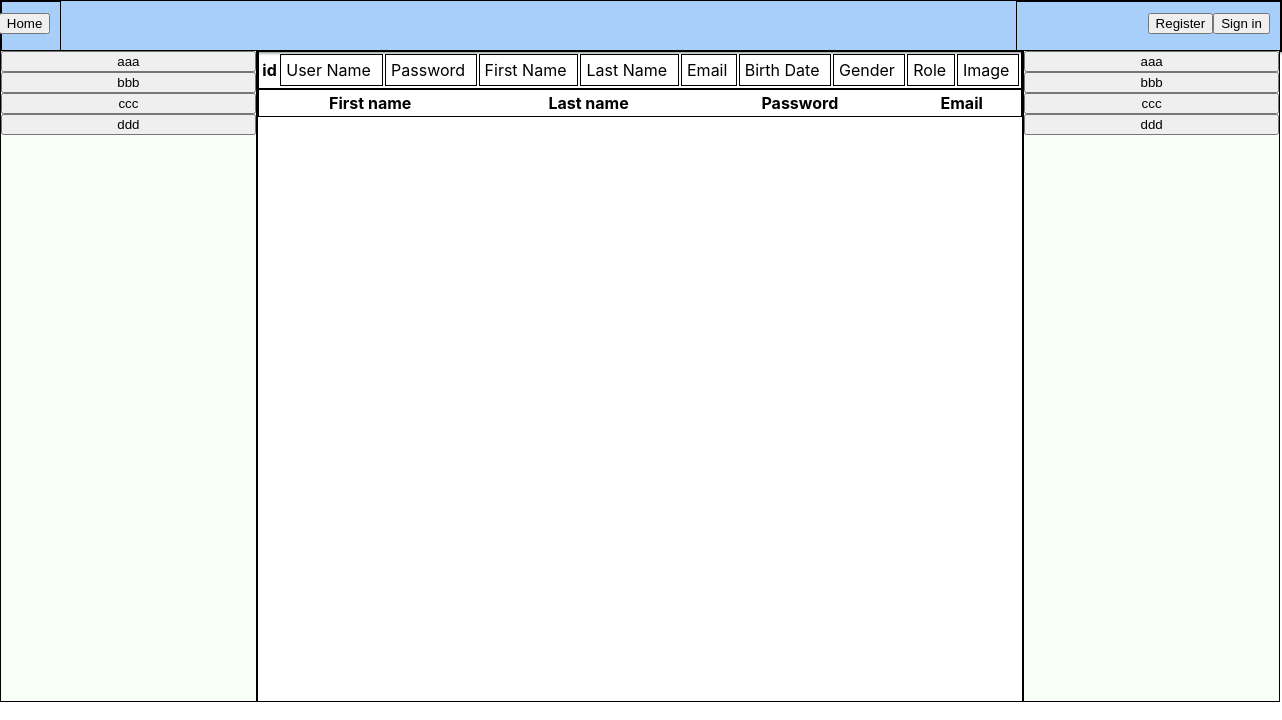
Repository: MichaelSodovski/website-client
Page: /users
An editor plug-in stored every save of this project. The page is shown before and after a run of saves, followed by the edit.
The browser window is 1280 px wide. The page is 1282 px wide, so the pictures cover 1282 px, including what lies to the right of the window. The pictures show the whole page.
The page's requests for data from a server got no answer. The project was rebuilt for these pictures with package versions that can differ from the ones it lists, and the page was loaded fresh each time. No one was signed in, and anything a server would have sent is missing. Also part of the build but not shown: src/components/home/home.component.jsx, src/components/register/register.component.css, src/components/payment-info/payment.component.css, src/components/payment-info/payment.component.js, src/components/register/register.component.jsx, src/components/signIn/signIn.component.css, src/components/signIn/signIn.component.jsx.

Above is the page before, as saved 2022-05-14 22:32:43.

### public/index.html
<!DOCTYPE html>
<html lang="en">

<head>
    <meta charset="utf-8" />
    <link rel="icon" href="%PUBLIC_URL%/favicon.ico" />
    <meta name="viewport" content="width=device-width, initial-scale=1" />
    <meta name="theme-color" content="#000000" />
    <meta name="description" content="Web site created using create-react-app" />
    <link rel="apple-touch-icon" href="%PUBLIC_URL%/logo192.png" />
    <!--
      manifest.json provides metadata used when your web app is installed on a
      user's mobile device or desktop. See https://developers.google.com/web/fundamentals/web-app-manifest/
    -->
    <link rel="manifest" href="%PUBLIC_URL%/manifest.json" />
    <!--
      Notice the use of %PUBLIC_URL% in the tags above.
      It will be replaced with the URL of the `public` folder during the build.
      Only files inside the `public` folder can be referenced from the HTML.

      Unlike "/favicon.ico" or "favicon.ico", "%PUBLIC_URL%/favicon.ico" will
      work correctly both with client-side routing and a non-root public URL.
      Learn how to configure a non-root public URL by running `npm run build`.
    -->
    <title> site </title>
</head>

<body>
    <noscript>You need to enable JavaScript to run this app.</noscript>
    <div id="root"></div>
    <!--
      This HTML file is a template.
      If you open it directly in the browser, you will see an empty page.

      You can add webfonts, meta tags, or analytics to this file.
      The build step will place the bundled scripts into the <body> tag.

      To begin the development, run `npm start` or `yarn start`.
      To create a production bundle, use `npm run build` or `yarn build`.
    -->
</body>

</html>

### src/index.js
import React from 'react';
import ReactDOM from 'react-dom';
import './index.css';
import App from './App';
import reportWebVitals from './reportWebVitals';
import { BrowserRouter } from 'react-router-dom';

ReactDOM.render(
    <BrowserRouter>
        <React.StrictMode>
            <App />
        </React.StrictMode>
    </BrowserRouter>,
    document.getElementById('root')
);

// If you want to start measuring performance in your app, pass a function
// to log results (for example: reportWebVitals(console.log))
// or send to an analytics endpoint. Learn more: https://bit.ly/CRA-vitals
reportWebVitals();

### src/App.js
import './App.css';
import React from "react";
import { Route, Switch } from 'react-router-dom';
import Home from '../src/components/home/home.component'
import Menu from '../src/components/menu/menu.component';
import Register from '../src/components/register/register.component';
import NavigationBar from '../src/components/navigationBar/navigationBar.component';
import SignIn from '../src/components/signIn/signIn.component'
import Users from '../src/components/users/users.component'

export default function App() {
    return (
        <div className="App">
            <header className="App-header">
                <NavigationBar></NavigationBar>
            </header>
            <div className="layout-flexbox-container">
                <aside className="App-right-side_menu">
                    <Menu></Menu>
                </aside>
                <main className="App-main">
                    <Switch>
                        <Route path="/home">
                            <Home></Home>
                        </Route>
                        <Route path="/register">
                            <Register></Register>
                        </Route>
                        <Route path="/signin">
                            <SignIn></SignIn>
                        </Route>
                        <Route path="/users">
                            <Users></Users>
                        </Route>
                    </Switch>
                </main>
                <aside className="App-left-side_menu">
                    <Menu></Menu>
                </aside>
            </div>
        </div>
    );
}

### src/App.css
.App {
    display: flex;
    flex-direction: column;
}

.App-header {
    width: 100%;
    box-shadow: 3px 3px 3px grey;
    height: 50px;
}

.layout-flexbox-container {
    display: flex;
    flex-direction: row;
    width: 100%;
    height: 100%;
}

.App-main {
    border: 0.01px black solid;
    height: 650px;
    width: 100px;
    flex: 3;
}

.App-left-side_menu {
    display: flex;
    flex-direction: column;
    background-color: #F7FFF7;
    border: 0.01px black solid;
    height: 650px;
    flex: 1;
}

.App-right-side_menu {
    background-color: #F7FFF7;
    border: 0.01px black solid;
    height: 650px;
    flex: 1;
}

### src/components/menu/menu.component.jsx
import '../menu/menu.component.css';

export default function Menu() {

    return (
        <div className="menu-flex-container">
            <button> aaa </button>
            <button> bbb </button>
            <button> ccc </button>
            <button> ddd </button>
        </div>
    );
}

### src/components/navigationBar/navigationBar.component.jsx
import React from 'react';
import '../navigationBar/navigationBar.component.css'
import { Link } from 'react-router-dom';

export default function NavigationBar() {


    return (
        <div className="navBar-main-container">
            <div className="navigationBar-right-form-container">
                <Link to="/home">
                    <button >Home</button>
                </Link>
            </div>
            <div className="navigationBar-left-form-container">
                <Link to="/register">
                    <button>Register</button>
                </Link>
                <Link to="/signin">
                    <button>Sign in</button>
                </Link>
            </div>
        </div>
    );
}

### src/components/users/users.component.jsx
import React from 'react';
import { useEffect, useState } from 'react';
import '../users/users.component.css'

export default function Users() {
    const [usersData, setusersData] = useState([]);

    useEffect(() => {
        let usersArr = [];
        fetch('/getUSers').then(response => response.json())
            .then(users => {
                for (var i in users) {
                    usersArr.push(users[i]);
                }
            });
        setusersData(usersArr);
    }, [])

    return (
        <div>
            <table className="table-users">
                <tr className="table-users-tr">
                    <th>
                        id
                    </th>
                    <td>
                        User Name
                    </td>
                    <td>
                        Password
                    </td>
                    <td>
                        First Name
                    </td>
                    <td>
                        Last Name
                    </td>
                    <td>
                        Email
                    </td>
                    <td>
                        Birth Date
                    </td>
                    <td>
                        Gender
                    </td>
                    <td>
                        Role
                    </td>
                    <td>
                        Image
                    </td>
                </tr>
            </table>

            <table className="table-users">
                <thead>
                    <tr className="table-users-tr">
                        <th>First name</th>
                        <th>Last name</th>
                        <th>Password</th>
                        <th>Email</th>
                    </tr>
                </thead>
                <tbody>
                    {usersData.map(user => {
                        return (
                            <tr key={user.id}>
                                <td>{user.userName}</td>
                                <td>{user.id}</td>
                                <td>{user.email}</td>
                                <td>{user.userName}</td>
                            </tr>
                        );
                    })}
                </tbody>
            </table>
        </div>
    );
}

### src/components/menu/menu.component.css
.menu-flex-container {
    display: flex;
    flex-direction: column;
}

### src/components/navigationBar/navigationBar.component.css
.navBar-main-container {
    display: flex;
    justify-content:space-between;
    border: 1px black solid;
    width: 100%;
    height: 100%;
    background-color: rgb(168, 206, 250);
}

.navigationBar-left-form-container {
    display: flex;
    flex-direction: row;
    justify-content: flex-end;
    border: 1px black solid;
    width: 19%;
    padding: 10px;
}

.navigationBar-right-form-container {
    display: flex;
    flex-direction: row;
    justify-content: flex-end;
    border: 1px black solid;
    width: 3%;
    padding: 10px;
}

### src/components/users/users.component.css
.table-users {
    border: 1px solid black;
    width: 100%;
}

.table-users > tr, td {
    border: 1px solid black;
    padding: 5px;
}

Loaded but not shown: src/index.css (common file); src/reportWebVitals.js (common file)

After the next 2 saves:
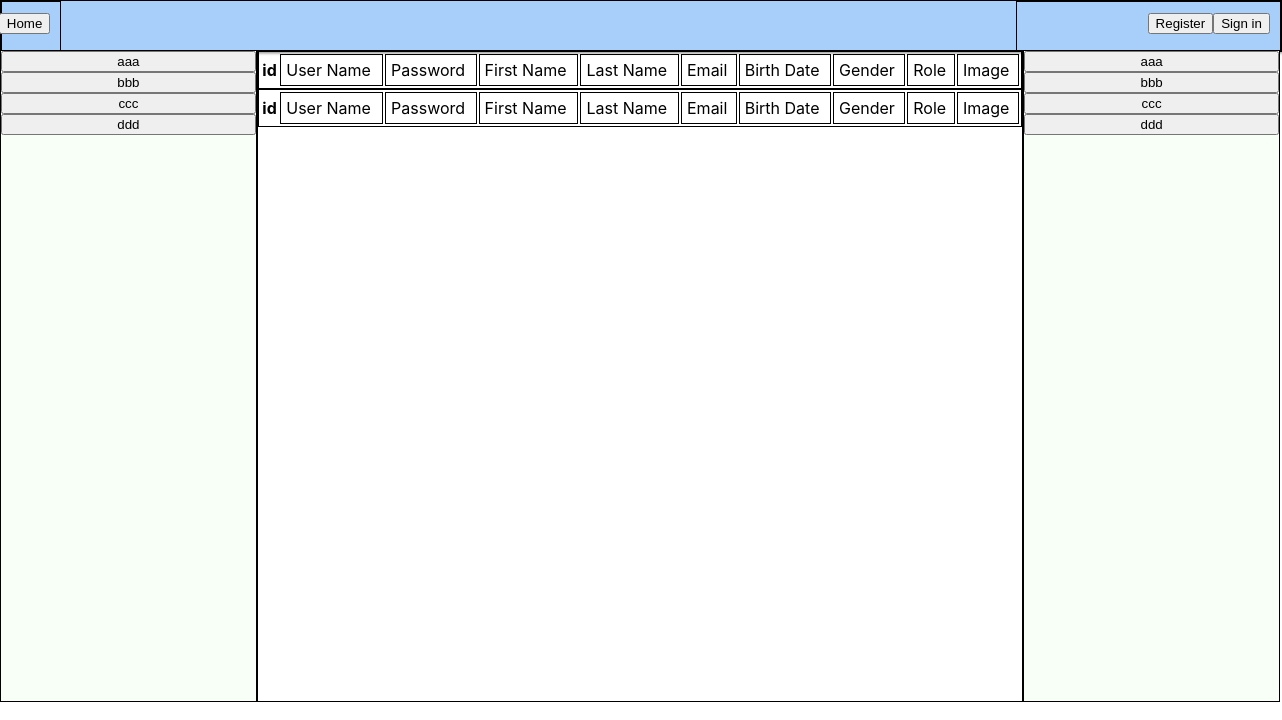
The 2 saves are shown as one change because they came seconds apart.
The last was saved 27 s later.
--- a/src/components/users/users.component.jsx
+++ b/src/components/users/users.component.jsx
@@ -56,10 +56,36 @@ export default function Users() {
             <table className="table-users">
                 <thead>
                     <tr className="table-users-tr">
-                        <th>First name</th>
-                        <th>Last name</th>
-                        <th>Password</th>
-                        <th>Email</th>
+                        <th>
+                            id
+                        </th>
+                        <td>
+                            User Name
+                        </td>
+                        <td>
+                            Password
+                        </td>
+                        <td>
+                            First Name
+                        </td>
+                        <td>
+                            Last Name
+                        </td>
+                        <td>
+                            Email
+                        </td>
+                        <td>
+                            Birth Date
+                        </td>
+                        <td>
+                            Gender
+                        </td>
+                        <td>
+                            Role
+                        </td>
+                        <td>
+                            Image
+                        </td>
                     </tr>
                 </thead>
                 <tbody>
